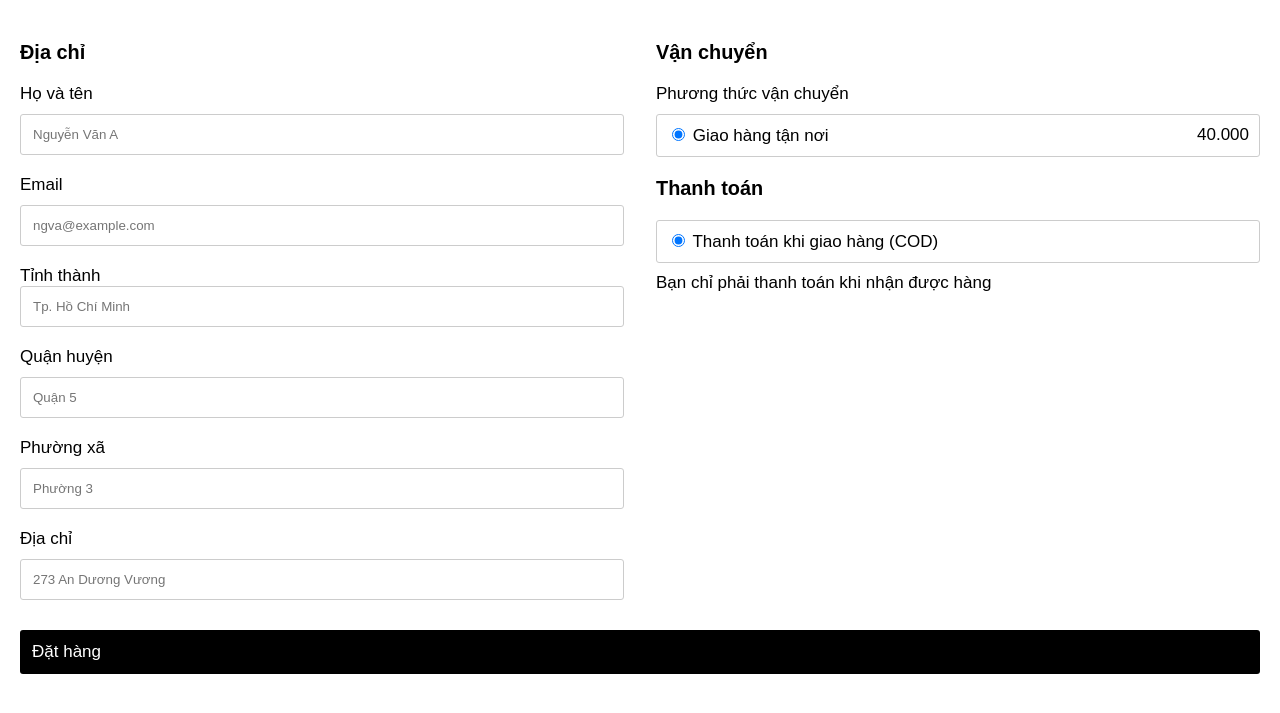
Repository: RennoPMXK/doan
Page: doan_thanhtoan.html
An editor plug-in stored every save of this project. The page is shown before and after the next save, followed by the edit.
The browser window is 1280 px wide. The pictures show the whole page.

Above is the page before, as saved 2021-12-05 22:54:28.

### doan_thanhtoan.html
<!DOCTYPE html>
<html>
<head>
<meta name="viewport" content="width=device-width, initial-scale=1">

<style>
body {
    font-family: Arial;
    font-size: 17px;
    padding: 8px;
}

* {
    box-sizing: border-box;
}

.row1,
.row2
 {
    display: flex;
    flex-wrap: wrap;
    margin: 0 -16px;
}

.col-25 {
    flex: 25%;
}

.col-50 {
  flex: 50%;
}

.col-100 {
  flex: 100%;
}

.col-25,
.col-50,
.col-75 {
  padding: 0 16px;
}

.container {

  padding: 5px 20px 15px 20px;

  border-radius: 3px;
}

input[type=text] {
  width: 100%;
  margin-bottom: 20px;
  padding: 12px;
  border: 1px solid #ccc;
  border-radius: 3px;
}

label {
  margin-bottom: 10px;
  display: block;
}

.icon-container {
  margin-bottom: 20px;
  padding: 7px 0;
  font-size: 24px;
}

.btn {
  background-color: #000000;
  color: white;
  padding: 12px;
  margin: 10px 0;
  border: none;
  width: 100%;
  border-radius: 3px;
  cursor: pointer;
  font-size: 17px;
}



a {
  color: #2196F3;
}

hr {
  border: 1px solid lightgrey;
}

span.price {
  float: right;
  color: grey;
}
a:link {
  text-decoration: none;
  color:black
}

a:visited {
  text-decoration: none;
}

a:hover {
  text-decoration: none;
}

a:active {
  text-decoration: none;
}

/* Responsive layout - when the screen is less than 800px wide, make the two columns stack on top of each other instead of next to each other (also change the direction - make the "cart" column go on top) */
@media (max-width: 800px) {
    .row1 {
        flex-direction: column-reverse;
    }
    .row2{
        flex-direction: column;
    }
    .col-25 {
        margin-bottom: 20px;
    }
}
</style>
</head>
<body>


<div class="row1">
    <div class="col-100">
        <div class="container">
        <form action="/action_page.php">

            <div class="row2">
                <div class="col-50">
                    <h3>Địa chỉ</h3>
                    <label><i class="fa fa-user"></i> Họ và tên </label>
                    <input type="text" placeholder="Nguyễn Văn A">
                    <label><i class="fa fa-envelope"></i> Email</label>
                    <input type="text" placeholder="ngva@example.com">
                    <label"><i class="fa fa-institution"></i>Tỉnh thành</label>
                    <input type="text" placeholder="Tp. Hồ Chí Minh">
                    <label><i class="fa fa-institution"></i>Quận huyện</label>
                    <input type="text" placeholder="Quận 5">
                    <label><i class="fa fa-institution"></i>Phường xã</label>
                    <input type="text" placeholder="Phường 3">
                    <label><i class="fa fa-address-card-o"></i> Địa chỉ</label>
                    <input type="text" placeholder="273 An Dương Vương">
                </div>

                <div class="col-50">
                    <h3>Vận chuyển</h3>
                    <div> Phương thức vận chuyển </div>
                    <label style="border: 1px solid #ccc; ;background-color:white; display: block;padding:10px; ;margin-top: 10px;border-radius: 3px;">
                        <input type="radio" checked >
                        <p style="display: inline;" id="transport" >Giao hàng tận nơi</p>
                        <span style="float:right">40.000</span>
                    </label>

                    <h3  >Thanh toán</h3>
                    <div>
                        <div>
                            <label style="border: 1px solid #ccc; ;background-color:white; display: block;padding:10px; ;margin-top: 10px;border-radius: 3px;">
                                <input type="radio" checked >
                            Thanh toán khi giao hàng (COD)
                            </label>
                        </div>
                        <div>
                            Bạn chỉ phải thanh toán khi nhận được hàng
                        </div>
                    </div>
                </div>
            </div>

            <input value="Đặt hàng" class="btn">
        </form>
    </div>
</div>

</div>

</body>
</html>

After the next save:
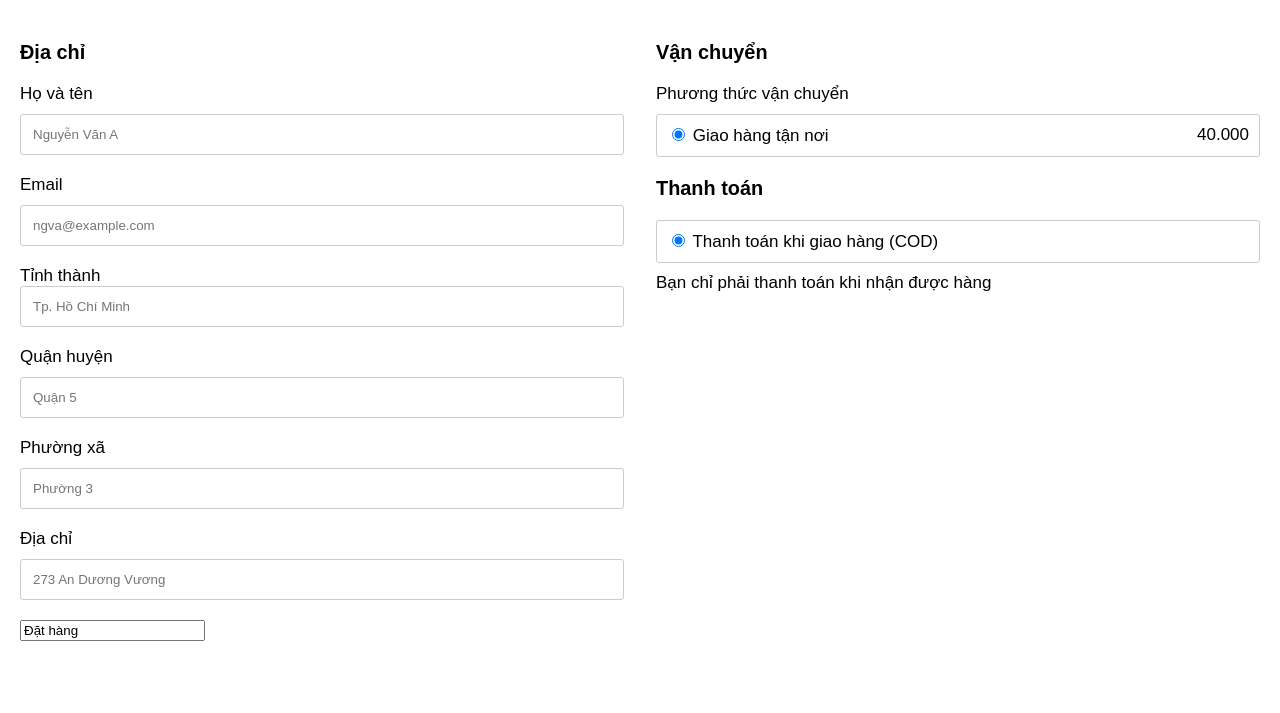
Saved 100 s later.
--- a/doan_thanhtoan.html
+++ b/doan_thanhtoan.html
@@ -172,7 +172,7 @@
                 </div>
             </div>
 
-            <input value="Đặt hàng" class="btn">
+            <input value="Đặt hàng" class="">
         </form>
     </div>
 </div>

After the save that followed:
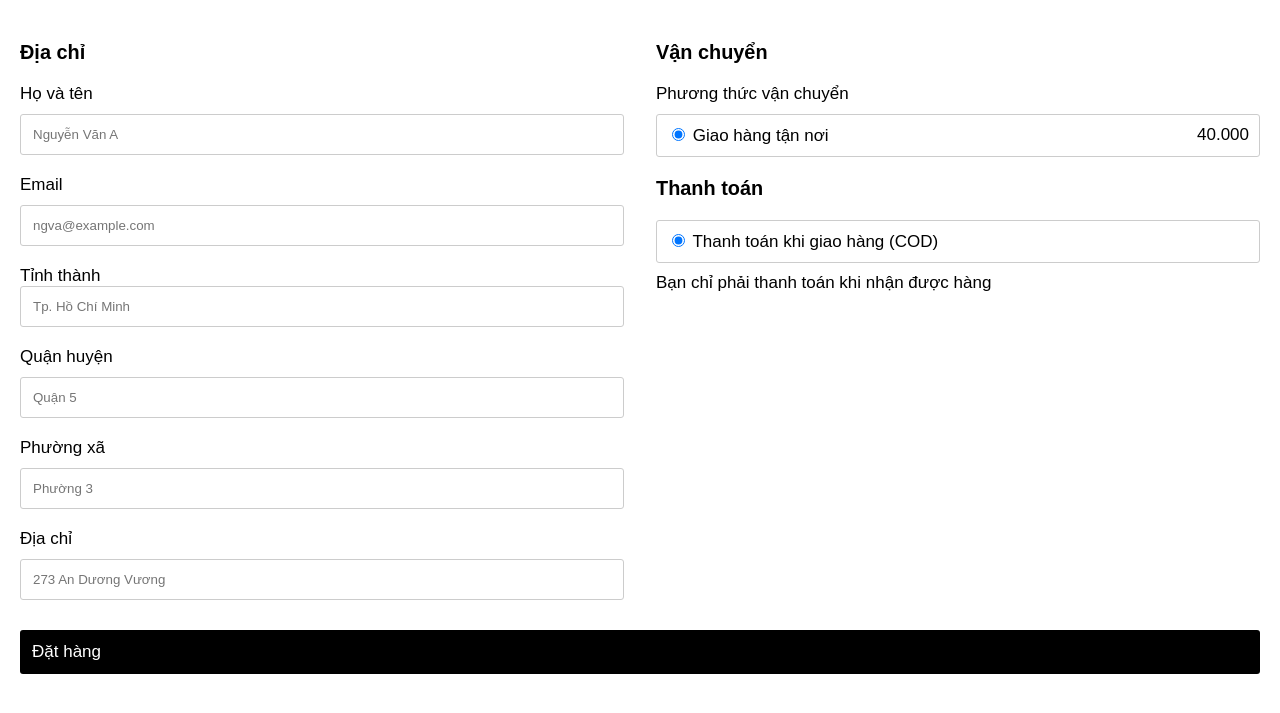
Saved 107 s later.
--- a/doan_thanhtoan.html
+++ b/doan_thanhtoan.html
@@ -172,7 +172,7 @@
                 </div>
             </div>
 
-            <input value="Đặt hàng" class="">
+            <input value="Đặt hàng" class="btn">
         </form>
     </div>
 </div>
